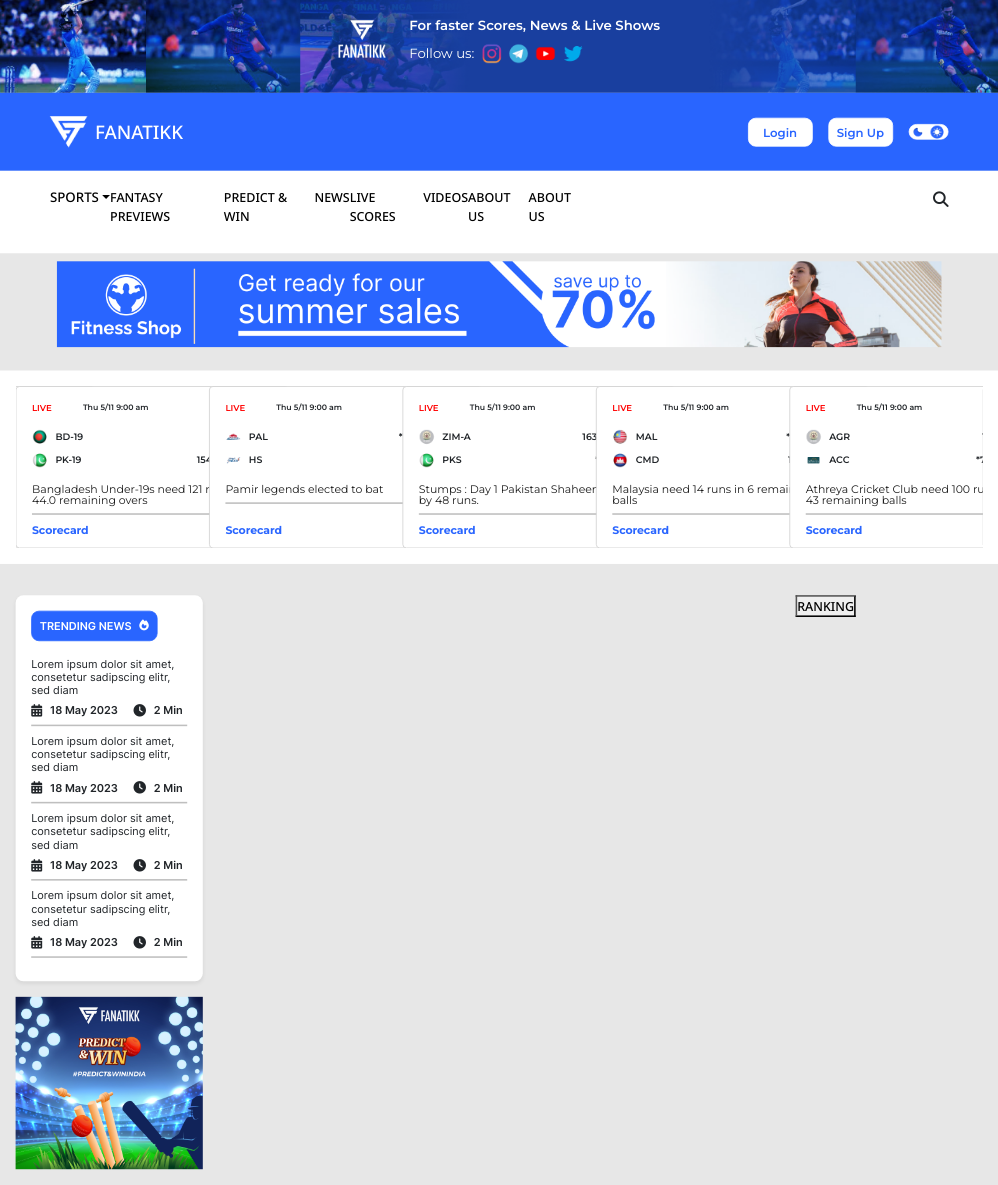
Repository: FlyweisReact/Kannapa
Page: /
These files come from the project's save history. The page is drawn as it stood at one moment and after a run of saves; the edit follows.
The browser window is 1280 px wide. The pictures show the whole page, at 78% of full size.
Some web libraries are served in a nearby version. The project was rebuilt for these pictures with package versions that can differ from the ones it lists, and the page was loaded fresh each time. Also part of the build but not shown: src/Components/Layout/Footer.js, src/Components/Sliders/Index-video-Slider.js, src/Components/firstScreen.jsx, src/Components/secondScreen.jsx, src/Components/thirdScreen.jsx, src/Components/fourthScreen.jsx, src/CSS/Footer.css.

Above is the page before, as saved 2023-06-03 14:29:43.

After the next 3 saves:
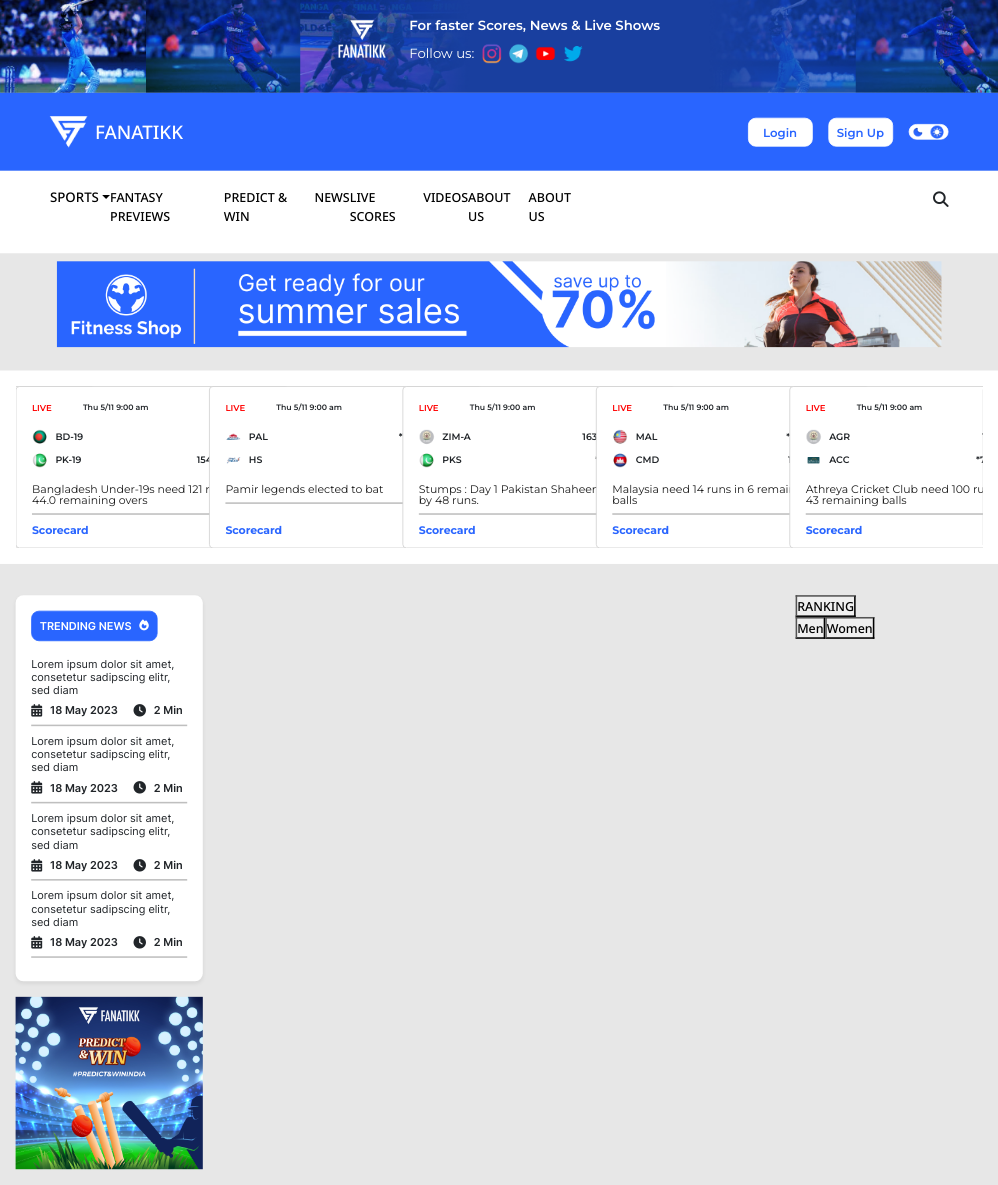
The 3 saves are shown as one change because they came seconds apart.
The last was saved 10 s later.
--- a/src/Pages/HomeScreen.js
+++ b/src/Pages/HomeScreen.js
@@ -137,7 +137,8 @@ const HomeScreen = () => {
               <div className="Three_Sec">
                 <button>RANKING</button>
                 <div>
-
+                  <button>Men</button>
+                  <button>Women</button>
                 </div>
               </div>
             </div>
